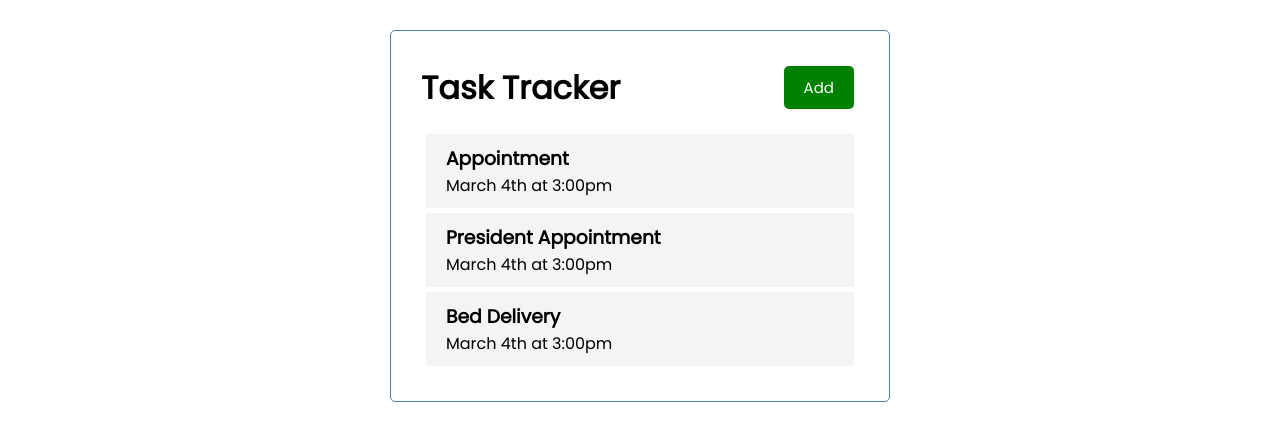
Repository: biggie-pti/task-tracker-react-app
Page: /
These files come from the project's save history. The page is drawn as it stood at one moment and after the next save; the edit follows.
The browser window is 1280 px wide. The pictures show the whole page.
The project was rebuilt for these pictures with package versions that can differ from the ones it lists, and the page was loaded fresh each time.

Above is the page before, as saved 2022-02-20 15:41:07.

### public/index.html
<!DOCTYPE html>
<html lang="en">
  <head>
    <meta charset="utf-8" />
    <link rel="icon" href="%PUBLIC_URL%/favicon.ico" />
    <meta name="viewport" content="width=device-width, initial-scale=1" />
    <meta name="theme-color" content="#000000" />
    <meta
      name="description"
      content="Web site created using create-react-app"
    />
    <link rel="apple-touch-icon" href="%PUBLIC_URL%/logo192.png" />

    <link rel="manifest" href="%PUBLIC_URL%/manifest.json" />

    <title>Task Tracker</title>
  </head>
  <body>
    <noscript>You need to enable JavaScript to run this app.</noscript>
    <div id="root"></div>

  </body>
</html>

### src/App.js
import Header from "./components/Header";
import Tasks from "./components/Tasks";
import { useState } from "react"
function App() {

  const [tasks, setTasks]= useState(

    [
        {
            id: 1,
            text: ' Appointment',
            day: 'March 4th at 3:00pm',
            reminder: true,
        },
        {
            id: 2,
            text: 'President Appointment',
            day: 'March 4th at 3:00pm',
            reminder: true,
        },
        {
            id: 3,
            text: 'Bed Delivery',
            day: 'March 4th at 3:00pm',
            reminder: true,
        },
    ]
)

  return (
    <div className="container">
    <Header />
    <Tasks tasks={tasks}/>
    </div>
  );
}

export default App;

### src/components/Header.js
import PropTypes from 'prop-types'
import Button from './Button'
const Header = ({title}) => {
    const onClick=()=>{
console.log('Click')
    }
  return (
    <header className='header'>
        <h1>

        {title}
        </h1>
       <Button color='green' text='Add' onClick={onClick}/>
        </header>
  )
}
Header.defaultProps={
    title: 'Task Tracker',
}

Header.propTypes={
    title: PropTypes.string,
}

//CSS in JS
// const headingStyle={
//     color:'red',
//     backgroundColor:'black',
// }

export default Header

### src/components/Tasks.js

import Task from "./Task"
const Tasks = ({tasks}) => {

  return (
    <>
{tasks.map((task)=>(
    <Task key={task.id} task={task} />
)


)}

    </>
  )
}

export default Tasks

### src/components/Button.js

import PropTypes from 'prop-types'

const Button = ({color,text, onClick}) => {


  return (
   <button

   onClick={onClick}
   style={{backgroundColor: color}}
    className='btn'>{text}

    </button>
  )
}
Button.defaultProps={
    color: 'steelblue',
}
Button.protoTypes={
    text: PropTypes.string,
    color: PropTypes.string,
    onClick: PropTypes.func,
}

export default Button

### src/components/Task.js


const Task = ({task}) => {
  return (
    <div className='task'>
        <h3>{task.text}</h3>
        <p>{task.day}</p>

    </div>
  )
}

export default Task

Loaded but not shown: src/index.js (common file); src/index.css (common file); src/reportWebVitals.js (common file)

After the next save:
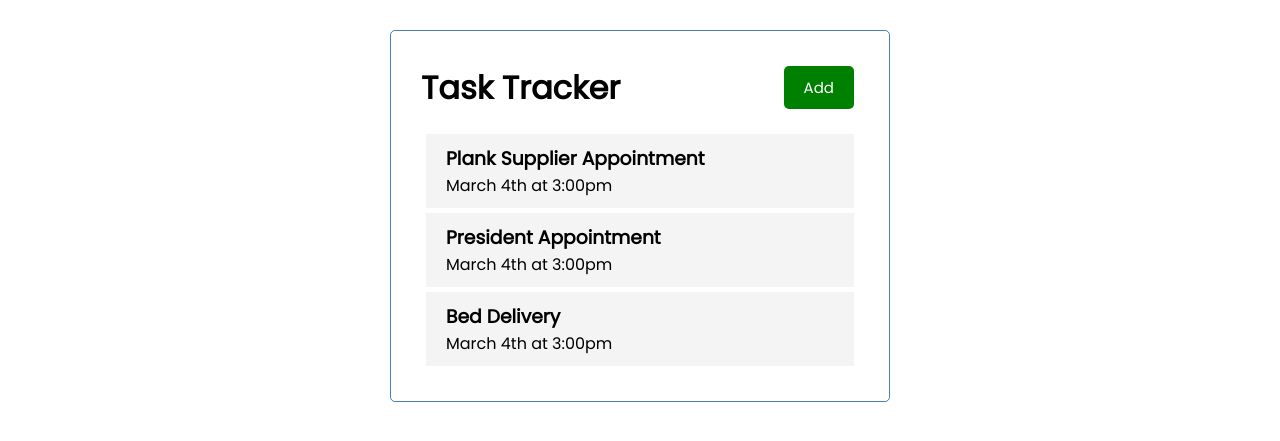
Saved 6 s later.
--- a/src/App.js
+++ b/src/App.js
@@ -8,7 +8,7 @@ function App() {
     [
         {
             id: 1,
-            text: ' Appointment',
+            text: 'Plank Supplier Appointment',
             day: 'March 4th at 3:00pm',
             reminder: true,
         },
